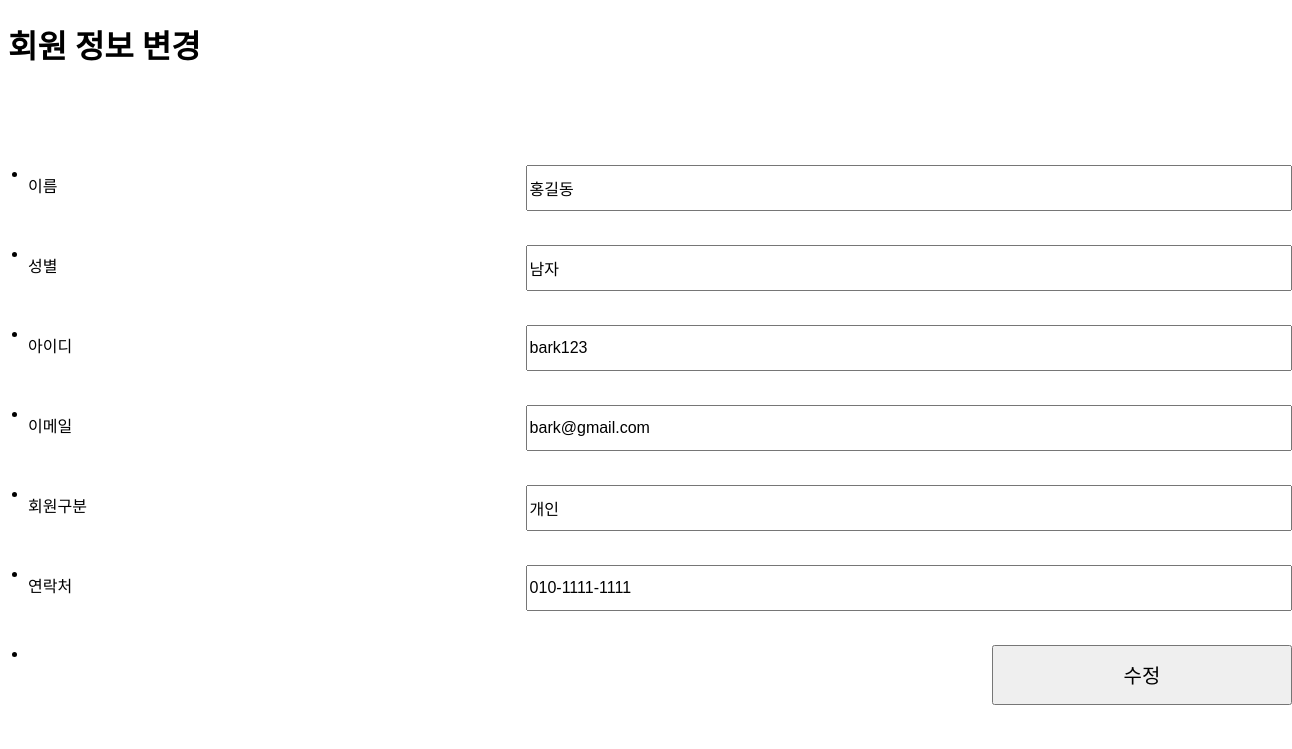
Repository: jngwk/Project-Bark
Page: http://localhost/Bark/include/userEditProfileFrm.jsp
The author's editor kept a copy of each file at every save. The page is drawn from the files as they stood at one save, then again after the next save.
The browser window is 1280 px wide. The page is 1292 px wide, so the pictures cover 1292 px, including what lies to the right of the window. The pictures show the whole page.
The page is served by Tomcat 9. Other server files are loaded and not shown.

Above is the page before, as saved 2024-03-31 05:47:01.

### java_workspace/Bark/src/main/webapp/include/userEditProfileFrm.jsp
<%@ page language="java" contentType="text/html; charset=UTF-8"
    pageEncoding="UTF-8"%>
<%@ taglib prefix="c" uri="http://java.sun.com/jsp/jstl/core" %>
<!DOCTYPE html>
<html>
<head>
<meta charset="UTF-8">
<title>header</title>
<c:set var="contextPath" value="${pageContext.request.contextPath }"/>
<link rel="stylesheet" href="${contextPath }/css/userEditProfileFrm.css"/>
</head>
<!--  이름 성별 아이디 이메일 회원구분 연락처 연락처2-->
<body>
<div class="container">
	<h1 id="info_header">회원 정보 변경</h1>
	<form class = "main_info" action="./userEditProfileProc.jsp" method="post">
		<ul class = "info-list">
			<li class="form-element"><span class="label-text">이름</span>
			<input class="profile-info readonly" type="text" data-text-content="true"
			value="홍길동" readonly></li>

			<li class="form-element"><span class="label-text">성별</span>
			<input class="profile-info readonly" type="text" data-text-content="true"
			value="남자" readonly></li>

			<li class="form-element"><span class="label-text">아이디</span>
			<input class="profile-info readonly" type="text" data-text-content="true"
			value="bark123" readonly></li>

			<li class="form-element"><span class="label-text">이메일</span>
			<input class="profile-info" type="text" data-text-content="true"
			value="bark@gmail.com" ></li>

			<li class="form-element"><span class="label-text">회원구분</span>
			<input class="profile-info readonly" type="text" data-text-content="true"
			value="개인" readonly></li>

			<li class="form-element"><span class="label-text">연락처</span>
			<input class="profile-info" type="text" data-text-content="true"
			value="010-1111-1111" ></li>
			<li class="form-element">
			<input type="submit" class="edit-btn btn" value="수정" style="margin-left: 150px">
			</li>
		</ul>
	</form>
</div>
</body>
</html>

### java_workspace/Bark/src/main/webapp/css/userEditProfileFrm.css
@charset "UTF-8";
.main_info {
    min-width:500px;
    display: flex;
    flex-direction: column;
    justify-content: center;
    align-items: center;
}
h1{
	padding-bottom: 60px;
}
.info-list {
    display: flex;
    flex-direction: column;
    justify-content: center;
    align-items: center;
    width: 100%;
}
.label-text {
	position: relative;
    width: 80px; /* 고정 너비 설정 */
    font-size: 16px !important;
    float: left;
    left: 0;
    padding-top: 8px;

}
.profile-info{
	position: relative;
	height: 40px;
	width: 60%;
	line-height: 35px;
	right: 0;
}
.form-element{
	height: 40px;
	padding-bottom: 40px;
	width: 100%;
	align-items: center;
}
.form-element input{
	float:right;
	font-size: 16px;
}
.main_info .edit-btn-area{
	text-align: center;
	padding: 20px 0;
}
.main_info .edit-btn{
	height: 60px;
	width: 300px;
	font-size: 20px;
}

After the next save:
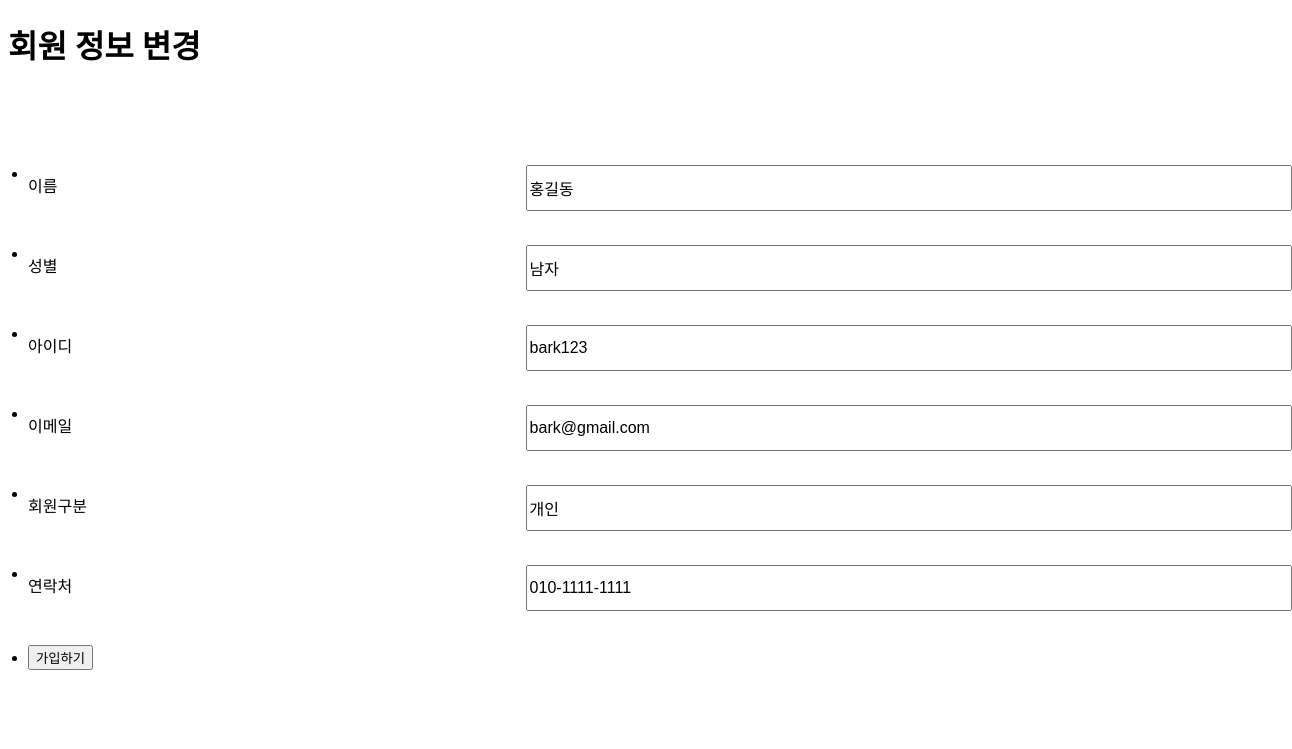
Saved 57 s later.
--- a/java_workspace/Bark/src/main/webapp/include/userEditProfileFrm.jsp
+++ b/java_workspace/Bark/src/main/webapp/include/userEditProfileFrm.jsp
@@ -39,7 +39,7 @@
 			<input class="profile-info" type="text" data-text-content="true"
 			value="010-1111-1111" ></li>
 			<li class="form-element">
-			<input type="submit" class="edit-btn btn" value="수정" style="margin-left: 150px">
+			<button type="submit" class="btn submit"><span>가입하기</span></button>
 			</li>
 		</ul>
 	</form>
